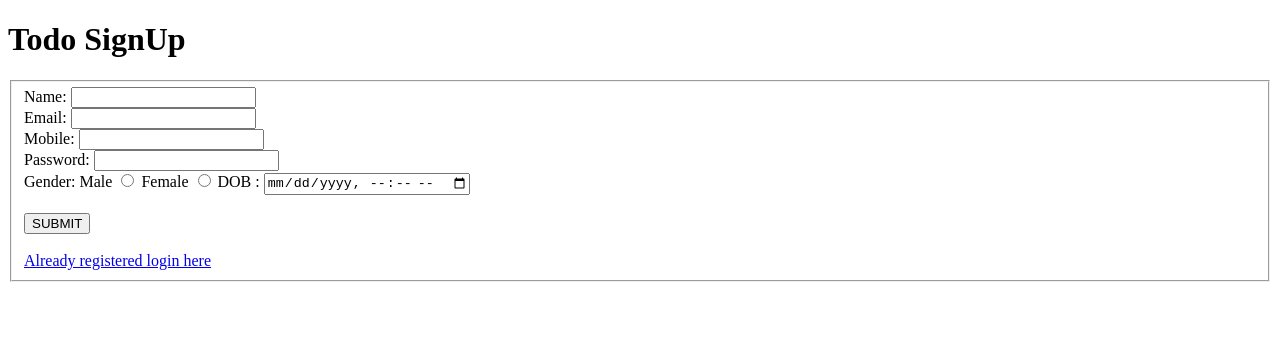
Repository: Mahalakshmigowda12/ServletProject
Page: todo_app/src/main/webapp/signup.html
An editor plug-in stored every save of this project. The page is shown before and after the next save, followed by the edit.
The browser window is 1280 px wide. The pictures show the whole page.

Above is the page before, as saved 2024-02-06 06:55:35.

After the next save:
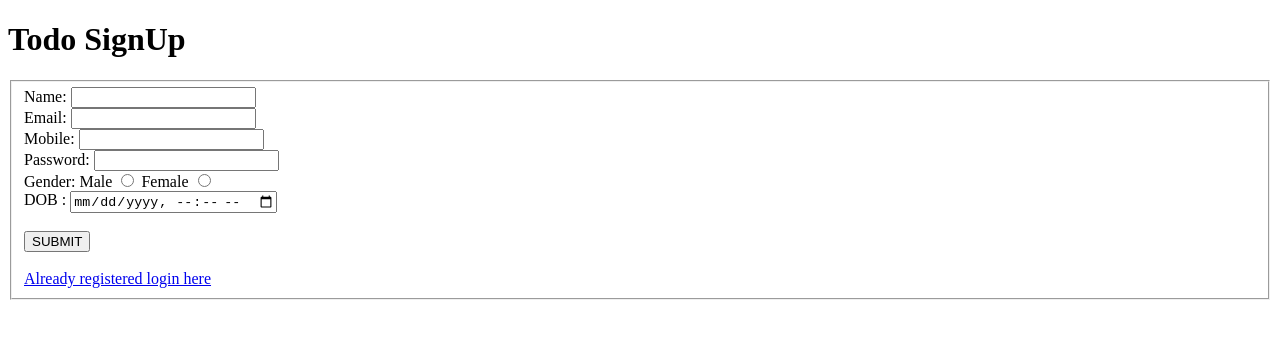
Saved 11 min 5 s later.
--- a/todo_app/src/main/webapp/signup.html
+++ b/todo_app/src/main/webapp/signup.html
@@ -12,7 +12,7 @@ Name: <input type="text" name="nam"><br>
 Email: <input type="text" name="email"><br>
 Mobile: <input type="number" name="mobile"><br>
 Password: <input type="password" name="password"> <br>
-Gender: Male <input type="radio" name="gender" value="male"> Female <input type="radio" name="gender" value="female">
+Gender: Male <input type="radio" name="gender" value="male"> Female <input type="radio" name="gender" value="female"><br>
 DOB : <input type="datetime-local" name="dob">
 <br>
 <br>
